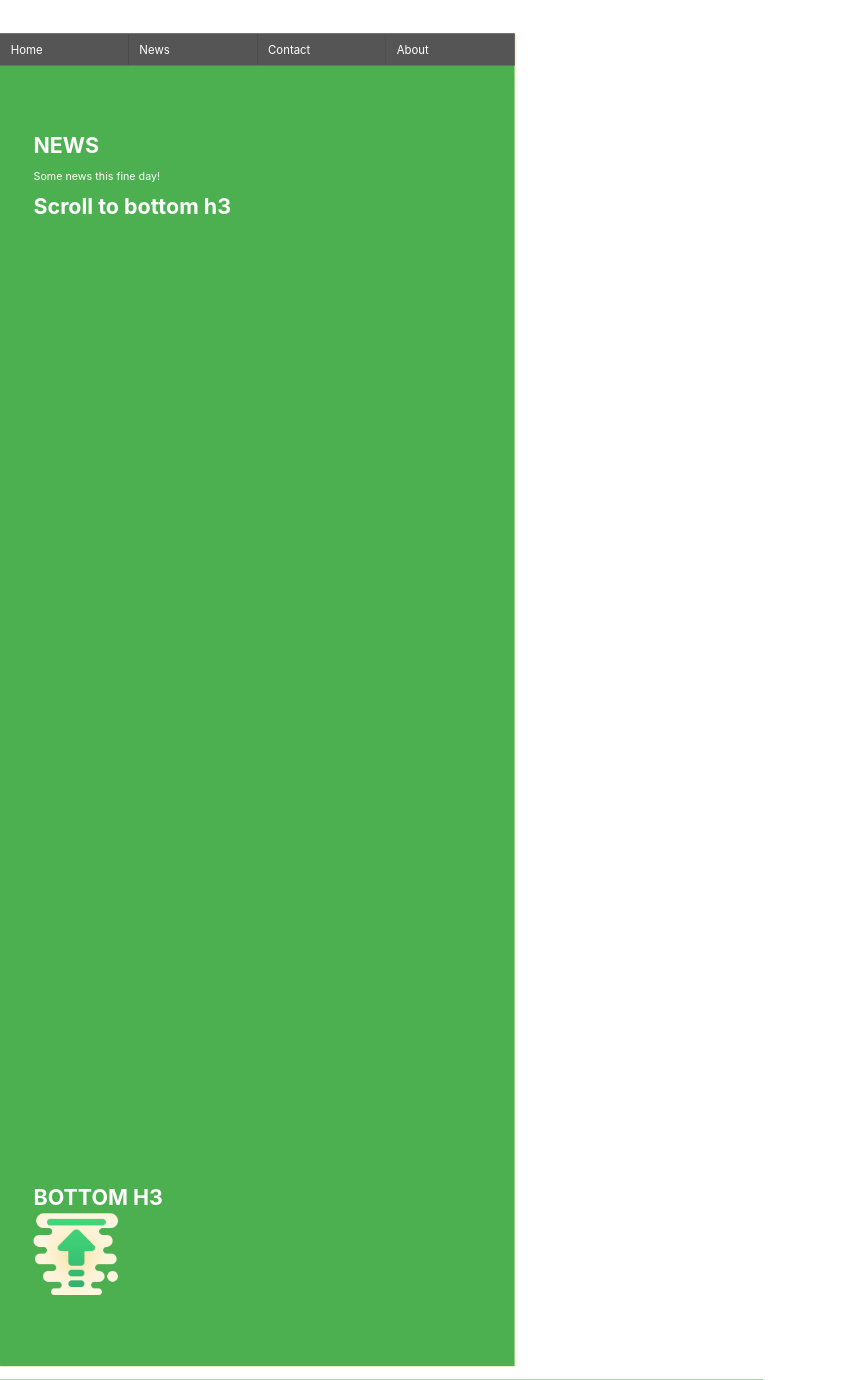
Repository: JasonMorta/basicPlus-rouets
Page: /news
The author's editor kept a copy of each file at every save. The page is drawn from the files as they stood at one save, then again after the next save.
The browser window is 1280 px wide. The pictures show the whole page, at 67% of full size.
Some web fonts or font styles are not loaded; a fallback is used. The project was rebuilt for these pictures with package versions that can differ from the ones it lists, and the page was loaded fresh each time. Also part of the build but not shown: src/pages/Home.jsx, src/pages/About.jsx, src/pages/Hooks/UseRefHook.jsx, src/pages/Contact.jsx, src/pages/List.jsx.

Above is the page before, as saved 2023-04-01 08:15:33.

### src/index.js
import React from 'react';
import ReactDOM from 'react-dom/client';
import './index.css';
import App from './App';
// import { BrowserRouter } from 'react-router-dom'
import reportWebVitals from './reportWebVitals';

const root = ReactDOM.createRoot(document.getElementById('root'));
root.render(

  <React.StrictMode>
    <App />
  </React.StrictMode>

);

// If you want to start measuring performance in your app, pass a function
// to log results (for example: reportWebVitals(console.log))
// or send to an analytics endpoint. Learn more: https://bit.ly/CRA-vitals
reportWebVitals();

### src/App.jsx

import './App.css';
import { BrowserRouter, Routes, Route } from 'react-router-dom';
import React, { Component, createContext, useState } from 'react'
import Nav from './components/Nav';
import Home from './pages/Home';
import News from './pages/News';
import About from './pages/About';
import Contact from './pages/Contact';
import List from './pages/List';

//create context hook
//This hook allow any nested children to share and alter data with the use of props.
export const StateContext = createContext()

export default function App() {

  const [state, setState] = useState("#f44336");

  return (
    <BrowserRouter>
      <StateContext.Provider value={[state, setState]} className="App">
        <div className="routes">
          <Nav />
          <Routes>
            <Route index path="/" element={<Home />} />
            <Route path="/List" element={<List />} />
            <Route path="/Contact" element={<Contact />} />
            <Route path="/About" element={<About />} />
            <Route path="/news" element={<News />} />
          </Routes>
        </div>
        <div className="orig-link"></div>
      </StateContext.Provider>
    </BrowserRouter>
  );
}

### src/App.css
@import url('https://fonts.googleapis.com/css2?family=Assistant:wght@400;500&family=Barlow:wght@400;500&family=DM+Mono:wght@300;400;500&family=Handlee&family=IBM+Plex+Mono:wght@400;500&family=Inconsolata:wght@400;500&family=Kanit:wght@200;300;400;500&family=Karla:wght@300;400;500&family=Patrick+Hand&family=Raleway:wght@300;400;500&family=Red+Hat+Mono:wght@300;400;500&family=Roboto+Condensed:wght@300;400;700&family=Roboto+Mono:wght@300;400;500&family=Roboto+Slab:wght@300;400;500&family=Roboto:wght@300;400&family=Source+Code+Pro:wght@300;400;500&family=Space+Mono:wght@400;700&family=Titillium+Web:wght@200;300;400;600&family=Ubuntu+Mono:wght@400;700&family=Varela&family=Varela+Round&display=swap');

/*
Custom Fonts
========
font-family: 'Assistant', sans-serif;
font-family: 'Barlow', sans-serif;
font-family: 'DM Mono', monospace;
font-family: 'Handlee', cursive;
font-family: 'IBM Plex Mono', monospace;
font-family: 'Inconsolata', monospace;
font-family: 'Kanit', sans-serif;
font-family: 'Karla', sans-serif;
font-family: 'Patrick Hand', cursive;
font-family: 'Raleway', sans-serif;
font-family: 'Red Hat Mono', monospace;
font-family: 'Roboto', sans-serif;
font-family: 'Roboto Condensed', sans-serif;
font-family: 'Roboto Mono', monospace;
font-family: 'Roboto Slab', serif;
font-family: 'Source Code Pro', monospace;
font-family: 'Space Mono', monospace;
font-family: 'Titillium Web', sans-serif;
font-family: 'Ubuntu Mono', monospace;
font-family: 'Varela', sans-serif;
font-family: 'Varela Round', sans-serif;

*/

.App {
  text-align: center;
  background-color: #282c34;
  min-height: 100vh;
  display: flex;
  flex-direction: column;
  flex-wrap: nowrap;
  align-items: center;
  font-family: 'Roboto Condensed', sans-serif;

}

.orig-link a {
  text-decoration: none;
  color: #ff9800;
}
.orig-link {
  margin: 1.25rem;
}


.App-header {
  background-color: #282c34;
  min-width: 18.75rem;
  display: flex;

  flex-direction: row;
  justify-content: center;
  font-size: calc(0.625rem + 2vmin);
  color: white;
  align-items: flex-start;
  width: 100%;
}


/* Style tab links */
.tablink {
  background-color: #555;
  color: #ffc107;
  float: left;
  border: none;
  outline: none;
  cursor: pointer;
  padding: 0.875rem 1rem;
  font-size: 1.0625rem;
  width: 25%;
  text-decoration: none;
}

.tablink:hover {
  background-color: #777;
}

/* Style the tab content (and add height:100% for full page content) */
.tabcontent {
  color: white;
  padding: 6.25rem 0rem;
  width: 100%;
  height: 100%;
  min-width: 18.75rem;

}

.inner-content {
  padding: 0rem 3.125rem;
  display: flex;

  flex-direction: column;
  align-items: flex-start;
}

.inner-content h3{
  font-size: xx-large;
  margin: 0;
}

.routes{
  display: flex;
  flex-direction: column;
  align-items: center;
  width: 60vw;
  background-color: azure;
  margin-top: 3.125rem;
  box-shadow: 0.125rem 0.125rem 0.1875rem 0rem #ff980066;
}

### src/components/Nav.jsx
import React from "react";
import { Link, useLocation } from "react-router-dom";

export default function Nav() {
  const location = useLocation();
  console.log('NAV location', location)


   //set the default state color to red which is equal to home page color.
  const [state, setState] = React.useState({
    home: "#f44336",
    news: "#4caf50",
    contact: "#2196f3",
    about: "#ff5722",
    active: "",
    location : window.location.pathname
  });
  const [color, setColor] = React.useState("white")


   function handleNavToNews(params) {

    setState(prev => ({...prev, active:"#4caf50", location: "/News" }))
    location.pathname = "/News"
    console.log('currentPath = Path"', location.pathname)



  }

 // Set the tab color to even when a nested link pathname is entered
  return (
    <header className="App-header">
      {/* Home will be the default/home page */}
      <Link
        to="/"
        className="tablink"
        onClick={() => setState(prev => ({...prev, active:"#f44336", location: "/" }))}
        style={{
          backgroundColor: state.location === "/" ? "#f44336" : "",
          color: state.home === "#f44336" ? color: "#ffc107"}}>
        Home
      </Link>

      <Link
        to="/News"
        className="tablink"
        onClick={handleNavToNews}
        style={{
          backgroundColor: state.location === "/News" ? "#4caf50" : "",
          color: state.news === "#4caf50" ? color: "#ffc107" }}>
        News
      </Link>

      <Link
        to="/Contact"
        className="tablink"
        onClick={() => setState(prev => ({...prev, active:"#2196f3", location: "/Contact" }))}
        style={{
          backgroundColor: state.location === "/Contact" ? "#2196f3" : "",
          color: state.contact === "#2196f3" ? color: "#ffc107" }}>
        Contact
      </Link>

      <Link
        to="/About"
        className="tablink"
        onClick={() => setState(prev => ({...prev, active:"#ff5722", location: "/About" }))}
        style={{
          backgroundColor: state.location === "/About" ? "#ff5722": "",
          color: state.about === "#ff5722" ? color: "#ffc107" }}>
        About
      </Link>
    </header>
  );
}

### src/pages/News.jsx
import React, { useEffect } from "react";
import './news.css';
import pic from "../static/images/up.png"
import { useRef } from "react";
import { useLocation } from "react-router-dom";

export default function News() {

  const scrollDown = useRef();

  const location = useLocation()
  console.log('location.pathname NEWComponent', location.pathname)

useEffect(() => {

  if (location.pathname === "/News") {

    window.scrollTo({
      top: document.getElementById("my-image")?.offsetTop,
      behavior: "smooth",
    });
  }

}, [])




  const goToTop = () => {
    window.scrollTo({
        top: 0,
        behavior: 'smooth',
    });
};

function toBottom(){
  window.scrollTo({
    top: scrollDown.current.offsetTop,//offsetTop:2199px down(the location)
    behavior: 'smooth',
  });
}

  return (
    <div style={{ backgroundColor: "#4caf50" }} className="tabcontent">
      <div className="inner-content">

        <h3>NEWS</h3>

        <p>Some news this fine day!</p>

        <h3 onClick={toBottom} style={{cursor: "pointer"}}>Scroll to bottom h3</h3>

        <div className="spacer">
          <h3 className="bottom" ref={scrollDown} >BOTTOM H3</h3>
          <img src={pic} onClick={goToTop} alt="to top button" id="my-image" style={{cursor: "pointer"}} />
        </div>

      </div>
    </div>
  );
}

### src/pages/news.css
.spacer{
 margin-top: 200vh;
}

Loaded but not shown: public/index.html (common file); src/index.css (common file); src/reportWebVitals.js (common file)

After the next save:
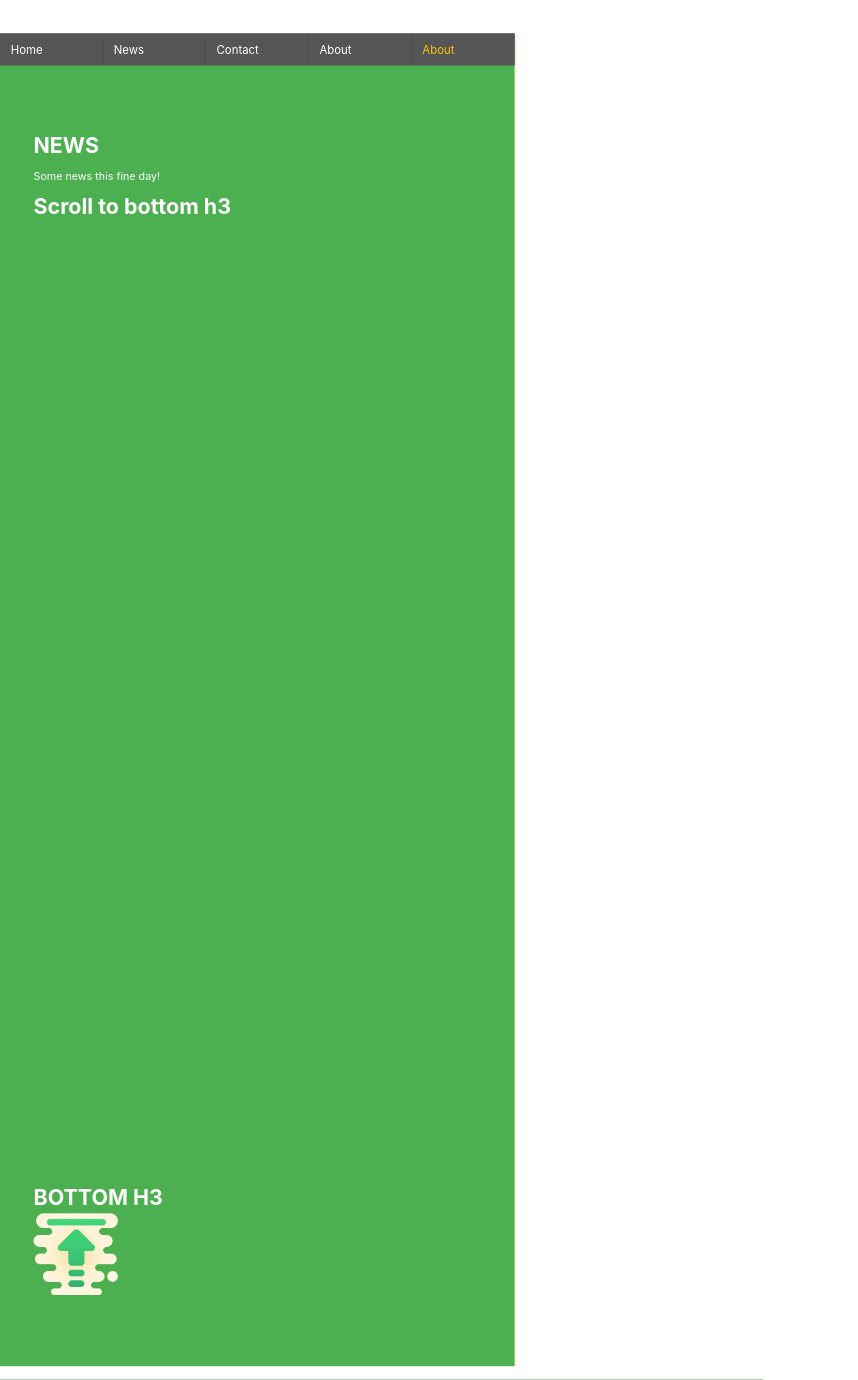
Saved 3 min 0 s later.
--- a/src/components/Nav.jsx
+++ b/src/components/Nav.jsx
@@ -71,6 +71,16 @@
           color: state.about === "#ff5722" ? color: "#ffc107" }}>
         About
       </Link>
+
+      <Link
+        to="/products"
+        className="tablink"
+        onClick={() => setState(prev => ({...prev, active:"blue", location: "/products" }))}
+        style={{
+          backgroundColor: state.location === "/About" ? "blue": "",
+          color: state.about === "blue" ? color: "#ffc107" }}>
+        About
+      </Link>
     </header>
   );
 }
